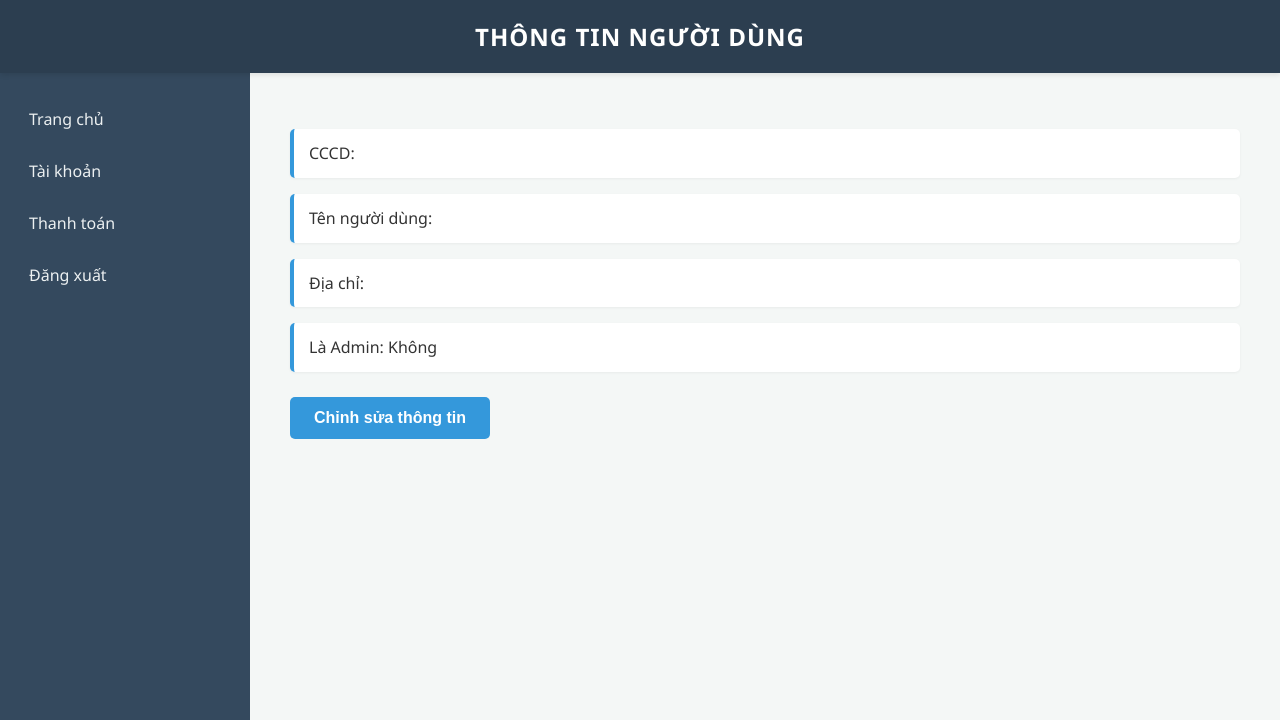
Repository: Chien02/SOAProjects
Page: http://localhost/QuanLyHangHoaWebClient/userInfo.jsp
An editor plug-in stored every save of this project. The page is shown before and after the next save, followed by the edit.
The browser window is 1280 px wide. The pictures show the whole page.
The page is served by Tomcat 9. Nobody is signed in. The application's start-up code is not run. Other server files are loaded and not shown. The template is opened directly, without the code that normally fills it, so the values that code supplies are empty.

Above is the page before, as saved 2026-03-23 18:17:24.

### QuanLyHangHoaWebClient/WebContent/userInfo.jsp
<%@ page language="java" contentType="text/html; charset=UTF-8" pageEncoding="UTF-8"%>
<%@ taglib prefix="c" uri="http://java.sun.com/jsp/jstl/core" %>

<!DOCTYPE html>
<html>
<head>
	<meta charset="UTF-8">
	<title>KHO HANG HOA</title>
	<link rel="stylesheet" href="styles/styles.css">
</head>
<body>
	<h2>THÔNG TIN NGƯỜI DÙNG</h2>
	<aside>
		<a href="dashboard.jsp">Trang chủ</a>
		<a href="#">Tài khoản</a>
		<a href="invoice?action=payment">Thanh toán</a>
		<a href="customer?action=logout">Đăng xuất</a>
		<c:if test="${khachHang != null && khachHang.laAdmin}">
			<a href="hanghoa?action=inventory">Kho Hàng</a>
		</c:if>
	</aside>
	<main>
		<p style="color: red;">${errorMsg}</p>
		<p style="color: green;">${successMsg}</p>
		<div>
			<p>CCCD: ${khachHang.cccd}</p>
			<p>Tên người dùng: ${khachHang.hoTen}</p>
			<p>Địa chỉ: ${khachHang.diaChi}</p>
			<p>Là Admin: ${khachHang.laAdmin ? 'Có' : 'Không'}</p> </div>
		<button id="updateBtn">Chỉnh sửa thông tin</button>

		<div id="updateModal" class="modal" style="display: none;">
			<div class="modal-content">
				<span class="close-btn" id="closeModal" style="cursor:pointer; float:right;">&times;</span>
				<h3>Cập nhật thông tin</h3>
				<form action="customer" method="POST">
					<input type="hidden" name="action" value="capNhat">

					<label>CCCD: </label>
					<input type="text" name="cccd" placeholder="Nhập cccd mới" value="${khachHang.cccd}" readonly required>
					<br><br>
					<label>Họ và tên:</label>
					<input name="hoTen" type="text" placeholder="Nhập họ tên mới" value="${khachHang.hoTen}" required>
					<br><br>
					<label>Địa chỉ: </label>
					<input type="text" name="diaChi" placeholder="Nhập địa chỉ mới" value="${khachHang.diaChi}" required>
					<br><br>
					<button type="submit">Cập nhật</button>
				</form>
			</div>
		</div>
	</main>

	<script>
		const updateBtn = document.getElementById("updateBtn");
		const closeBtn = document.getElementById("closeModal");
		const updateModal = document.getElementById("updateModal");

		updateBtn.addEventListener('click', () => { updateModal.style.display = 'block'; });
		closeBtn.addEventListener('click', () => { updateModal.style.display = 'none'; });

		// Đóng modal khi click ra ngoài vùng mờ
		window.addEventListener('click', (event) => {
			if (event.target === updateModal) {
				updateModal.style.display = 'none';
			}
		});
	</script>
</body>
</html>

### QuanLyHangHoaWebClient/WebContent/styles/styles.css
/* =========================================
   1. CÀI ĐẶT CHUNG VÀ BỐ CỤC (CSS GRID)
   ========================================= */
body {
    margin: 0;
    padding: 0;
    font-family: 'Segoe UI', Tahoma, Geneva, Verdana, sans-serif;
    background-color: #f4f7f6;
    color: #333;

    /* Thiết lập Grid: 2 cột (Menu 250px, Nội dung phần còn lại) */
    display: grid;
    grid-template-columns: 250px 1fr;
    grid-template-rows: auto 1fr;
    min-height: 100vh;
}

h2 {
    grid-column: 1 / 3; /* Chiếm cả 2 cột */
    background-color: #2c3e50;
    color: #ffffff;
    margin: 0;
    padding: 20px;
    text-align: center;
    letter-spacing: 1px;
    box-shadow: 0 2px 5px rgba(0,0,0,0.1);
    z-index: 10;
}

/* =========================================
   2. TRÌNH ĐƠN BÊN TRÁI (ASIDE)
   ========================================= */
aside {
    background-color: #34495e;
    display: flex;
    flex-direction: column;
    padding-top: 20px;
    box-shadow: 2px 0 5px rgba(0,0,0,0.05);
}

aside * {
    color: #ecf0f1;
    text-decoration: none;
    padding: 15px 25px;
    font-size: 16px;
    border-left: 4px solid transparent;
    transition: all 0.3s ease;
}

aside a:hover {
    background-color: #2c3e50;
    border-left: 4px solid #3498db; /* Hiệu ứng gạch viền xanh khi trỏ chuột */
    padding-left: 30px;
}

/* =========================================
   3. PHẦN NỘI DUNG CHÍNH (MAIN)
   ========================================= */
main {
    padding: 40px;
    background-color: #f4f7f6;
}

main div > p {
    font-size: 16px;
    line-height: 1.8;
    background: #fff;
    padding: 10px 15px;
    border-radius: 5px;
    border-left: 4px solid #3498db;
    margin-bottom: 15px;
    box-shadow: 0 1px 3px rgba(0,0,0,0.05);
}

button {
    background-color: #3498db;
    color: white;
    border: none;
    padding: 12px 24px;
    font-size: 16px;
    border-radius: 5px;
    cursor: pointer;
    font-weight: bold;
    transition: background 0.3s;
    margin-top: 10px;
}

button:hover {
    background-color: #2980b9;
}

/* =========================================
   4. MODAL POPUP (CẬP NHẬT THÔNG TIN)
   ========================================= */
.modal {
    /* Cố định modal phủ kín toàn màn hình */
    position: fixed;
    z-index: 1000;
    left: 0;
    top: 0;
    width: 100%;
    height: 100%;
    background-color: rgba(0, 0, 0, 0.6); /* Nền đen mờ 60% */
}

.modal-content {
    background-color: #ffffff;
    margin: 8% auto; /* Cách top 8% và tự động căn giữa ngang */
    padding: 30px 40px;
    border-radius: 8px;
    width: 90%;
    max-width: 450px; /* Độ rộng tối đa của form */
    box-shadow: 0 5px 15px rgba(0,0,0,0.3);
    position: relative;
    animation: fadeIn 0.3s ease; /* Hiệu ứng trượt hiện ra nhẹ nhàng */
}

/* Nút X đóng modal */
.close-btn {
    font-size: 28px;
    font-weight: bold;
    color: #aaa;
    position: absolute;
    top: 15px;
    right: 20px;
    transition: color 0.2s;
}

.close-btn:hover {
    color: #e74c3c;
}

/* =========================================
   5. STYLE CHO FORM TRONG MODAL
   ========================================= */
form {
    display: flex;
    flex-direction: column;
}

form label {
    font-weight: bold;
    margin-top: 15px;
    margin-bottom: 5px;
    color: #2c3e50;
}

form input[type="text"] {
    padding: 12px;
    border: 1px solid #ccc;
    border-radius: 4px;
    font-size: 15px;
    outline: none;
    transition: border 0.3s;
}

form input[type="text"]:focus {
    border-color: #3498db;
    box-shadow: 0 0 5px rgba(52, 152, 219, 0.3);
}

/* Hiệu ứng hoạt hình nhỏ khi bật modal */
@keyframes fadeIn {
    from { opacity: 0; transform: translateY(-20px); }
    to { opacity: 1; transform: translateY(0); }
}

After the next save:
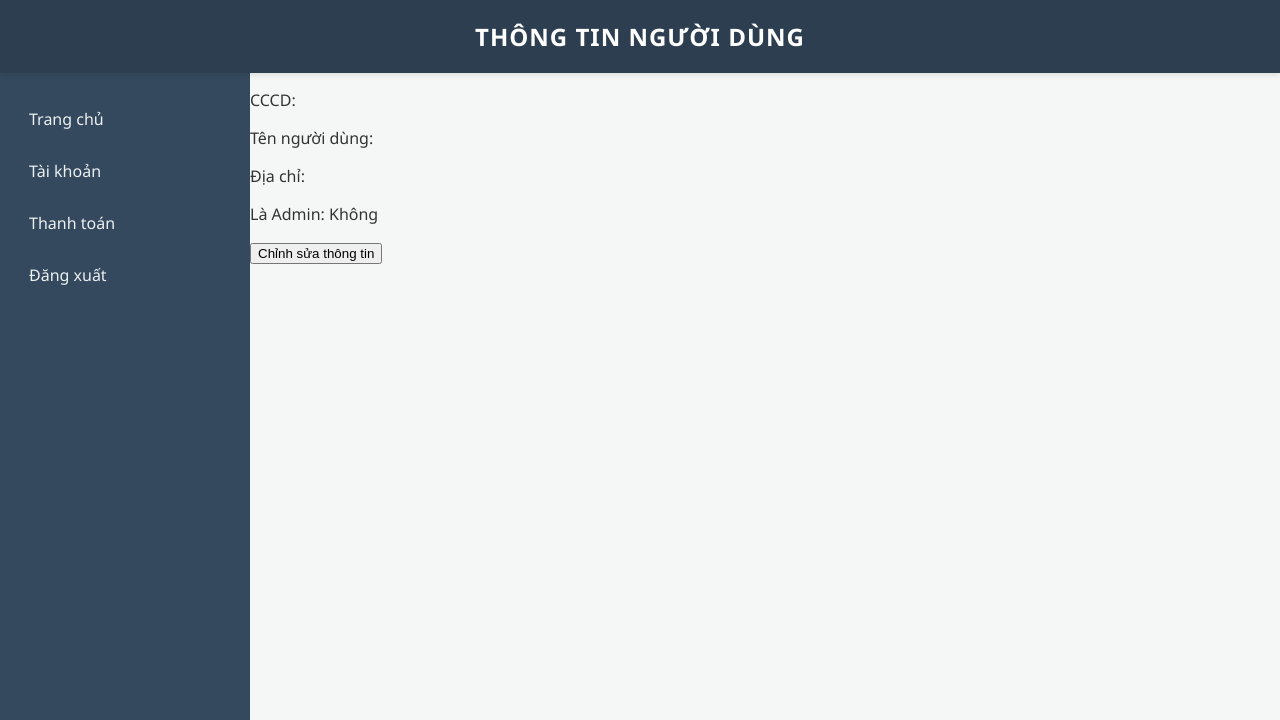
Saved 2 min 30 s later.
--- a/QuanLyHangHoaWebClient/WebContent/styles/styles.css
+++ b/QuanLyHangHoaWebClient/WebContent/styles/styles.css
@@ -1,5 +1,5 @@
 /* =========================================
-   1. CÀI ĐẶT CHUNG VÀ BỐ CỤC (CSS GRID)
+   1. BỐ CỤC CHUNG (GRID)
    ========================================= */
 body {
     margin: 0;
@@ -7,8 +7,6 @@ body {
     font-family: 'Segoe UI', Tahoma, Geneva, Verdana, sans-serif;
     background-color: #f4f7f6;
     color: #333;
-
-    /* Thiết lập Grid: 2 cột (Menu 250px, Nội dung phần còn lại) */
     display: grid;
     grid-template-columns: 250px 1fr;
     grid-template-rows: auto 1fr;
@@ -16,7 +14,7 @@ body {
 }
 
 h2 {
-    grid-column: 1 / 3; /* Chiếm cả 2 cột */
+    grid-column: 1 / 3;
     background-color: #2c3e50;
     color: #ffffff;
     margin: 0;
@@ -28,139 +26,31 @@ h2 {
 }
 
 /* =========================================
-   2. TRÌNH ĐƠN BÊN TRÁI (ASIDE)
+   2. FIX LỖI SIDEBAR (ASIDE)
    ========================================= */
 aside {
-    background-color: #34495e;
+    background-color: #34495e; /* Màu nền tối giống trong ảnh của bạn */
     display: flex;
     flex-direction: column;
     padding-top: 20px;
-    box-shadow: 2px 0 5px rgba(0,0,0,0.05);
 }
 
-aside * {
+aside a {
+    display: block; /* Bắt buộc để thẻ a chiếm hết chiều ngang */
+    width: 100%;
+    box-sizing: border-box;
     color: #ecf0f1;
     text-decoration: none;
     padding: 15px 25px;
     font-size: 16px;
+    text-align: left; /* FIX: Ép tất cả chữ canh sát lề trái, không bị lởm chởm */
     border-left: 4px solid transparent;
     transition: all 0.3s ease;
 }
 
-aside a:hover {
+aside a:hover,
+aside a.active { /* Class active để bôi đậm trang hiện tại giống chữ "Trang chủ" trong ảnh */
     background-color: #2c3e50;
-    border-left: 4px solid #3498db; /* Hiệu ứng gạch viền xanh khi trỏ chuột */
-    padding-left: 30px;
+    border-left: 4px solid #3498db;
+    padding-left: 30px; /* Hiệu ứng thụt nhẹ vào khi trỏ chuột */
 }
-
-/* =========================================
-   3. PHẦN NỘI DUNG CHÍNH (MAIN)
-   ========================================= */
-main {
-    padding: 40px;
-    background-color: #f4f7f6;
-}
-
-main div > p {
-    font-size: 16px;
-    line-height: 1.8;
-    background: #fff;
-    padding: 10px 15px;
-    border-radius: 5px;
-    border-left: 4px solid #3498db;
-    margin-bottom: 15px;
-    box-shadow: 0 1px 3px rgba(0,0,0,0.05);
-}
-
-button {
-    background-color: #3498db;
-    color: white;
-    border: none;
-    padding: 12px 24px;
-    font-size: 16px;
-    border-radius: 5px;
-    cursor: pointer;
-    font-weight: bold;
-    transition: background 0.3s;
-    margin-top: 10px;
-}
-
-button:hover {
-    background-color: #2980b9;
-}
-
-/* =========================================
-   4. MODAL POPUP (CẬP NHẬT THÔNG TIN)
-   ========================================= */
-.modal {
-    /* Cố định modal phủ kín toàn màn hình */
-    position: fixed;
-    z-index: 1000;
-    left: 0;
-    top: 0;
-    width: 100%;
-    height: 100%;
-    background-color: rgba(0, 0, 0, 0.6); /* Nền đen mờ 60% */
-}
-
-.modal-content {
-    background-color: #ffffff;
-    margin: 8% auto; /* Cách top 8% và tự động căn giữa ngang */
-    padding: 30px 40px;
-    border-radius: 8px;
-    width: 90%;
-    max-width: 450px; /* Độ rộng tối đa của form */
-    box-shadow: 0 5px 15px rgba(0,0,0,0.3);
-    position: relative;
-    animation: fadeIn 0.3s ease; /* Hiệu ứng trượt hiện ra nhẹ nhàng */
-}
-
-/* Nút X đóng modal */
-.close-btn {
-    font-size: 28px;
-    font-weight: bold;
-    color: #aaa;
-    position: absolute;
-    top: 15px;
-    right: 20px;
-    transition: color 0.2s;
-}
-
-.close-btn:hover {
-    color: #e74c3c;
-}
-
-/* =========================================
-   5. STYLE CHO FORM TRONG MODAL
-   ========================================= */
-form {
-    display: flex;
-    flex-direction: column;
-}
-
-form label {
-    font-weight: bold;
-    margin-top: 15px;
-    margin-bottom: 5px;
-    color: #2c3e50;
-}
-
-form input[type="text"] {
-    padding: 12px;
-    border: 1px solid #ccc;
-    border-radius: 4px;
-    font-size: 15px;
-    outline: none;
-    transition: border 0.3s;
-}
-
-form input[type="text"]:focus {
-    border-color: #3498db;
-    box-shadow: 0 0 5px rgba(52, 152, 219, 0.3);
-}
-
-/* Hiệu ứng hoạt hình nhỏ khi bật modal */
-@keyframes fadeIn {
-    from { opacity: 0; transform: translateY(-20px); }
-    to { opacity: 1; transform: translateY(0); }
-}
